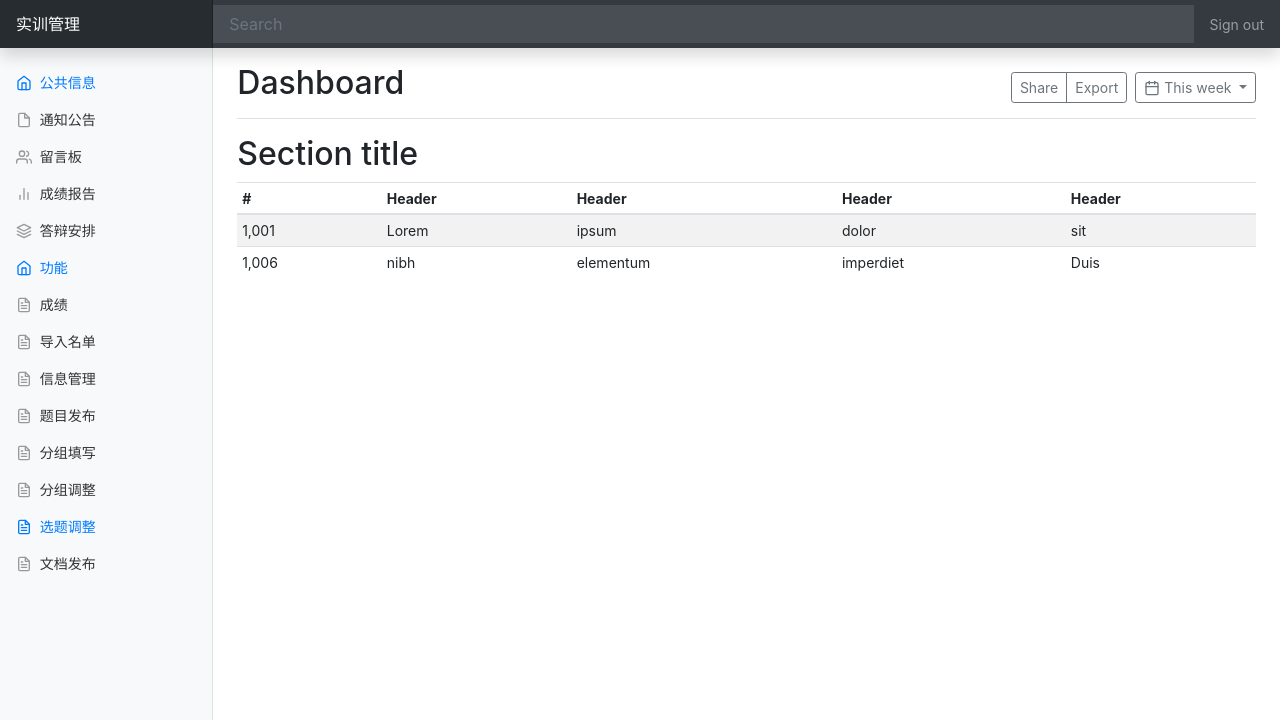
Repository: Kong-T/Practical-training
Page: Administrator/html/index_topic_admin.html
The author's editor kept a copy of each file at every save. The page is drawn from the files as they stood at one save, then again after the next save.
The browser window is 1280 px wide. The pictures show the whole page.
The page's requests for data from a server got no answer. Some web libraries are served in a nearby version.

Above is the page before, as saved 2020-12-14 11:06:26.
Console error: TypeError: Cannot read properties of null (reading 'length')

### Administrator/html/index_topic_admin.html
<!doctype html>
<html lang="en">

<head>
  <meta charset="utf-8">
  <meta name="viewport" content="width=device-width, initial-scale=1, shrink-to-fit=no">
  <meta name="description" content="">
  <meta name="author" content="Mark Otto, Jacob Thornton, and Bootstrap contributors">
  <meta name="generator" content="Jekyll v4.0.1">
  <title>Dashboard Template · Bootstrap</title>

  <link rel="canonical" href="https://getbootstrap.com/docs/4.5/examples/dashboard/">

  <!-- Bootstrap core CSS -->
  <link href="../../assets4.5/dist/css/bootstrap.css" rel="stylesheet">

  <style>
    .bd-placeholder-img {
      font-size: 1.125rem;
      text-anchor: middle;
      -webkit-user-select: none;
      -moz-user-select: none;
      -ms-user-select: none;
      user-select: none;
    }

    @media (min-width: 768px) {
      .bd-placeholder-img-lg {
        font-size: 3.5rem;
      }
    }
  </style>

  <!-- Custom styles for this template -->
  <link href="../css/dashboard.css" rel="stylesheet">
</head>

<body>
  <nav class="navbar navbar-dark sticky-top bg-dark flex-md-nowrap p-0 shadow">
    <a class="navbar-brand col-md-3 col-lg-2 mr-0 px-3" href="#">实训管理</a>
    <button class="navbar-toggler position-absolute d-md-none collapsed" type="button" data-toggle="collapse"
      data-target="#sidebarMenu" aria-controls="sidebarMenu" aria-expanded="false" aria-label="Toggle navigation">
      <span class="navbar-toggler-icon"></span>
    </button>
    <input class="form-control form-control-dark w-100" type="text" placeholder="Search" aria-label="Search">
    <ul class="navbar-nav px-3">
      <li class="nav-item text-nowrap">
        <a class="nav-link" href="#">Sign out</a>
      </li>
    </ul>
  </nav>


  <div class="container-fluid">
    <div class="row">
      <nav id="sidebarMenu" class="col-md-3 col-lg-2 d-md-block bg-light sidebar collapse">
        <div class="sidebar-sticky pt-3">
          <ul class="nav flex-column">
            <li class="nav-item">
              <a class="nav-link active" href="#">
                <span data-feather="home"></span>
                公共信息 <span class="sr-only">(current)</span>
              </a>
            </li>
            <li class="nav-item">
              <a class="nav-link" href="#">
                <span data-feather="file"></span>
                通知公告
              </a>
            </li>

            <li class="nav-item">
              <a class="nav-link" href="#">
                <span data-feather="users"></span>
                留言板
              </a>
            </li>
            <li class="nav-item">
              <a class="nav-link" href="#">
                <span data-feather="bar-chart-2"></span>
                成绩报告
              </a>
            </li>
            <li class="nav-item">
              <a class="nav-link" href="#">
                <span data-feather="layers"></span>
                答辩安排
              </a>
            </li>
          </ul>

          <a class="nav-link active" href="#">
            <span data-feather="home"></span>
            功能 <span class="sr-only">(current)</span>
          </a>
          <!-- <h6 class="sidebar-heading d-flex justify-content-between align-items-center px-3 mt-4 mb-1 text-muted">
          <span>功能</span> -->
          <!-- <a class="d-flex align-items-center text-muted" href="#" aria-label="Add a new report">
            <span data-feather="plus-circle"></span>
          </a> -->
          </h6>
          <ul class="nav flex-column mb-2">
            <li class="nav-item">
              <a class="nav-link" href="#">
                <span data-feather="file-text"></span>
                成绩
              </a>
            </li>
            <li class="nav-item">
              <a class="nav-link" href="#">
                <span data-feather="file-text"></span>
                导入名单
              </a>
            </li>
            <li class="nav-item">
              <a class="nav-link" href="#">
                <span data-feather="file-text"></span>
                信息管理
              </a>
            </li>
            <li class="nav-item">
              <a class="nav-link" href="#">
                <span data-feather="file-text"></span>
                题目发布
              </a>
            </li>
            <li class="nav-item">
              <a class="nav-link" href="#">
                <span data-feather="file-text"></span>
                分组填写
              </a>
            </li>
            <li class="nav-item">
              <a class="nav-link" href="#">
                <span data-feather="file-text"></span>
                分组调整
              </a>
            </li>
            <li class="nav-item">
              <a class="nav-link active" href="#">
                <span data-feather="file-text"></span>
                选题调整
              </a>
            </li>
            <li class="nav-item">
              <a class="nav-link" href="#">
                <span data-feather="file-text"></span>
                文档发布
              </a>
            </li>
          </ul>
        </div>
      </nav>

      <main role="main" class="col-md-9 ml-sm-auto col-lg-10 px-md-4">
 <div class="d-flex justify-content-between flex-wrap flex-md-nowrap align-items-center pt-3 pb-2 mb-3 border-bottom">
        <h1 class="h2">Dashboard</h1>
        <div class="btn-toolbar mb-2 mb-md-0">
          <div class="btn-group mr-2">
            <button type="button" class="btn btn-sm btn-outline-secondary">Share</button>
            <button type="button" class="btn btn-sm btn-outline-secondary">Export</button>
          </div>
          <button type="button" class="btn btn-sm btn-outline-secondary dropdown-toggle">
            <span data-feather="calendar"></span>
            This week
          </button>
        </div>
      </div>

        <h2>Section title</h2>
        <div class="table-responsive">
          <table class="table table-striped table-sm" id="tbody1">
            <thead>
              <tr>
                <th>#</th>
                <th>Header</th>
                <th>Header</th>
                <th>Header</th>
                <th>Header</th>
              </tr>
            </thead>
            <tbody>
              <tr>
                <td>1,001</td>
                <td>Lorem</td>
                <td>ipsum</td>
                <td>dolor</td>
                <td>sit</td>
              </tr>
              <tr>
                <td>1,006</td>
                <td>nibh</td>
                <td>elementum</td>
                <td>imperdiet</td>
                <td>Duis</td>
              </tr>


            </tbody>
          </table>
        </div>
      </main>
    </div>
  </div>
  <script src="https://cdn.bootcdn.net/ajax/libs/jquery/3.5.1/jquery.js"></script>
  <script src="https://code.jquery.com/jquery-3.5.1.slim.min.js"
    integrity="sha384-DfXdz2htPH0lsSSs5nCTpuj/zy4C+OGpamoFVy38MVBnE+IbbVYUew+OrCXaRkfj"
    crossorigin="anonymous"></script>
  <script>window.jQuery || document.write('<script src="../../assets4.5/js/vendor/jquery.slim.min.js"><\/script>')</script>
  <script src="../../assets4.5/dist/js/bootstrap.bundle.js"></script>
  <script src="https://cdnjs.cloudflare.com/ajax/libs/feather-icons/4.9.0/feather.min.js"></script>
  <script src="https://cdnjs.cloudflare.com/ajax/libs/Chart.js/2.7.3/Chart.min.js"></script>

  <script src="../js/dashboard.js"></script>

  <script type="text/javascript">
    var jq = jQuery.noConflict();

    window.onload = function () {
      // 请求后端数据
      $.ajax({
        url: "http://localhost:8080/Ad_topic",
        type: "post",
        data: name,
        success: function (data) {
          showData(data);//我们仅做数据展示
        },
        error: function (msg) {
          alert("ajax连接异常：" + msg);
          console.log("error");
        }
      })

      // 展示数据
      function showData(data) {
        var str = "<thead ><tr><th>编号</th><th>题目名称</th><th>选题简介</th><th>提交者</th><th>是否审核通过</th></tr></thead>";//定义用于拼接的字符串
        // console.log(data);
        for (var i = 0; i < data.Topic_title.length; i++) {

          console.log(data.Topic_title);

          j = i * 1 + 1;
          var Topic_titleID = " Topic_title" + i;
          var Topic_detailsID = "Topic_details" + i;
          var TutorID = "Tutor" + i;
          var denyID = "deny" + i;
          str += "<tr><td>" + j + "</td><td id=\"" + Topic_titleID + "\">" + data.Topic_title[i] + "</td><td id=\"" + Topic_detailsID + "\">" + data.Topic_details[i] + "</td><td id=\"" + TutorID + "\">" + data.Tutor[i] + "</td><td><input type=\"checkbox\">是<input type =\"checkbox\" name=\"deny\" id=\"" + denyID + "\"onclick = \"delete_topic()\"" + "\"style = \"margin-left: 10px;\">否</td></tr>"
          console.log(str);

        }
        $("#tbody1").html(str);
      }


      var Topic_title = new Array();//声明一个放title的数组
      var btns = document.getElementsByTagName("button");//获取所有btn对象

      //管理员操作
      //设置不能同时选择是和否
      $(function () {
        $('table').on('click', 'input', function () {
          // console.log($('this').html);
          console.log("ta")
          var now = this;
          $('input').each(function (i, e) {
            if (now !== e) {
              $(e).attr('checked', false);
              // console.log(this)
            }
          })
        });
      })
    }

  </script>

  <script>

    var deny_now = "";
    function delete_topic(e) {
      console.log("ttt")
      // deny_now = "";//获取当前被点击的否的id
      $(document).click(function (e) {
        deny_now = e.target.id;
        console.log("函数内" + deny_now);
        // return deny_now;
      });
      console.log("获取当前id" + deny_now);
      console.log(deny_now.substring(deny_now.length - 1, deny_now.length))//获取当前被点击的否的编号
      var titleID = " Topic_title" + deny_now.substr(deny_now.length - 1, 1)
      var detailsID = "Topic_details" + deny_now.substr(deny_now.length - 1, 1)
      // console.log(titleID, detailsID)
      var titleValue = document.getElementById(titleID).innerText //获取topic_title单元格的值
      console.log(titleValue)
      Topic_title.push(titleValue);//把title放进数组里
      console.log(Topic_title)
    }
    //向后台传输title
    function submit() {
      $.ajax({
        type: "POST",
        url: "http://localhost:8080/Ad_topic_1",
        data: JSON.stringify(titleValue), //将JSON对象转为字符串
        dataType: "JSON",
        contentType: "application/json",
        async: 'true',
        beforeSend: function (XMLHttpRequest, settings) {
          //ShowLoading();
          // console.log($.ajax.data);
        },
        success: function () {
          alert("success");
        },
        error: function () {
          //请求出错处理
          console.log("error");
        },
      })
    }
  </script>

</body>

</html>

### Administrator/css/dashboard.css
body {
  font-size: .875rem;
}

.feather {
  width: 16px;
  height: 16px;
  vertical-align: text-bottom;
}

/*
 * Sidebar
 */

.sidebar {
  position: fixed;
  top: 0;
  bottom: 0;
  left: 0;
  z-index: 100; /* Behind the navbar */
  padding: 48px 0 0; /* Height of navbar */
  box-shadow: inset -1px 0 0 rgba(0, 0, 0, .1);
}

@media (max-width: 767.98px) {
  .sidebar {
    top: 5rem;
  }
}

.sidebar-sticky {
  position: relative;
  top: 0;
  height: calc(100vh - 48px);
  padding-top: .5rem;
  overflow-x: hidden;
  overflow-y: auto; /* Scrollable contents if viewport is shorter than content. */
}

@supports ((position: -webkit-sticky) or (position: sticky)) {
  .sidebar-sticky {
    position: -webkit-sticky;
    position: sticky;
  }
}

.sidebar .nav-link {
  font-weight: 500;
  color: #333;
}

.sidebar .nav-link .feather {
  margin-right: 4px;
  color: #999;
}

.sidebar .nav-link.active {
  color: #007bff;
}

.sidebar .nav-link:hover .feather,
.sidebar .nav-link.active .feather {
  color: inherit;
}

.sidebar-heading {
  font-size: .75rem;
  text-transform: uppercase;
}

/*
 * Navbar
 */

.navbar-brand {
  padding-top: .75rem;
  padding-bottom: .75rem;
  font-size: 1rem;
  background-color: rgba(0, 0, 0, .25);
  box-shadow: inset -1px 0 0 rgba(0, 0, 0, .25);
}

.navbar .navbar-toggler {
  top: .25rem;
  right: 1rem;
}

.navbar .form-control {
  padding: .75rem 1rem;
  border-width: 0;
  border-radius: 0;
}

.form-control-dark {
  color: #fff;
  background-color: rgba(255, 255, 255, .1);
  border-color: rgba(255, 255, 255, .1);
}

.form-control-dark:focus {
  border-color: transparent;
  box-shadow: 0 0 0 3px rgba(255, 255, 255, .25);
}

### Administrator/js/dashboard.js
/* globals Chart:false, feather:false */

(function () {
  'use strict'

  feather.replace()

  // Graphs
  var ctx = document.getElementById('myChart')
  // eslint-disable-next-line no-unused-vars
  var myChart = new Chart(ctx, {
    type: 'line',
    data: {
      labels: [
        'Sunday',
        'Monday',
        'Tuesday',
        'Wednesday',
        'Thursday',
        'Friday',
        'Saturday'
      ],
      datasets: [{
        data: [
          15339,
          21345,
          18483,
          24003,
          23489,
          24092,
          12034
        ],
        lineTension: 0,
        backgroundColor: 'transparent',
        borderColor: '#007bff',
        borderWidth: 4,
        pointBackgroundColor: '#007bff'
      }]
    },
    options: {
      scales: {
        yAxes: [{
          ticks: {
            beginAtZero: false
          }
        }]
      },
      legend: {
        display: false
      }
    }
  })
}())

Loaded but not shown: assets4.5/dist/css/bootstrap.css (library); assets4.5/dist/js/bootstrap.bundle.js (library)

After the next save:
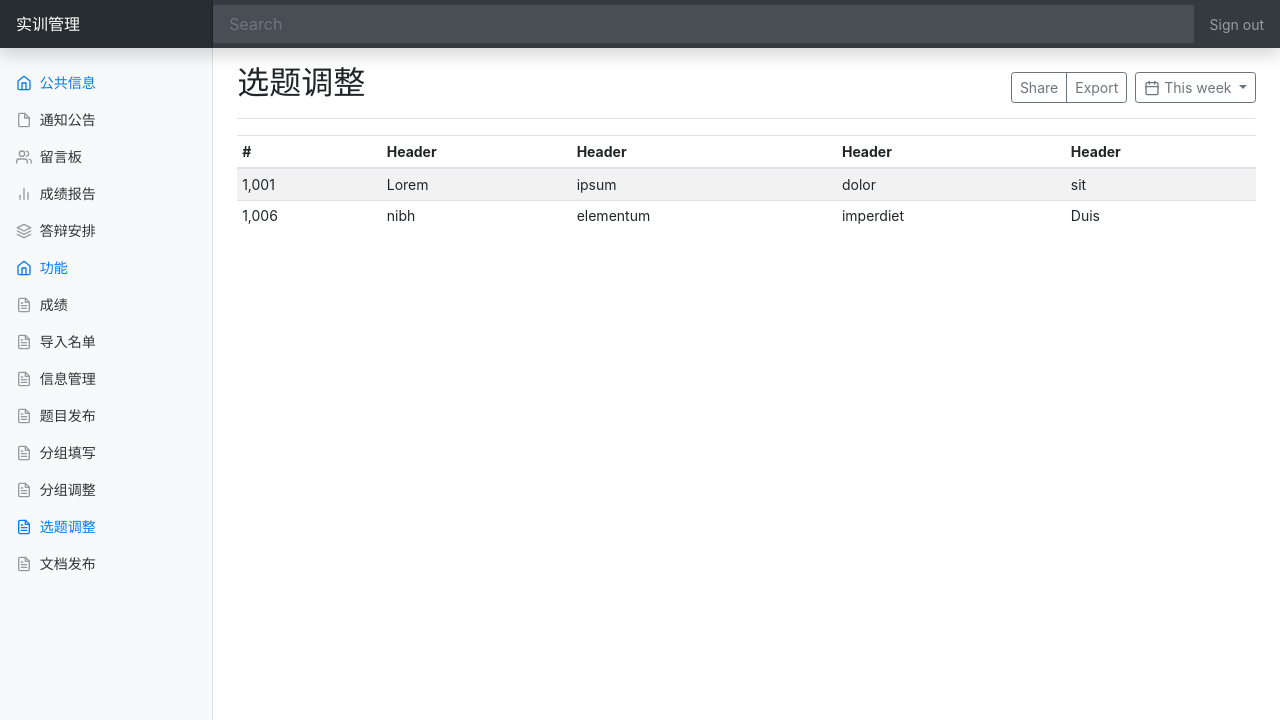
Saved 21 s later.
--- a/Administrator/html/index_topic_admin.html
+++ b/Administrator/html/index_topic_admin.html
@@ -154,7 +154,7 @@
 
       <main role="main" class="col-md-9 ml-sm-auto col-lg-10 px-md-4">
  <div class="d-flex justify-content-between flex-wrap flex-md-nowrap align-items-center pt-3 pb-2 mb-3 border-bottom">
-        <h1 class="h2">Dashboard</h1>
+        <h1 class="h2">选题调整</h1>
         <div class="btn-toolbar mb-2 mb-md-0">
           <div class="btn-group mr-2">
             <button type="button" class="btn btn-sm btn-outline-secondary">Share</button>
@@ -167,7 +167,6 @@
         </div>
       </div>
 
-        <h2>Section title</h2>
         <div class="table-responsive">
           <table class="table table-striped table-sm" id="tbody1">
             <thead>
